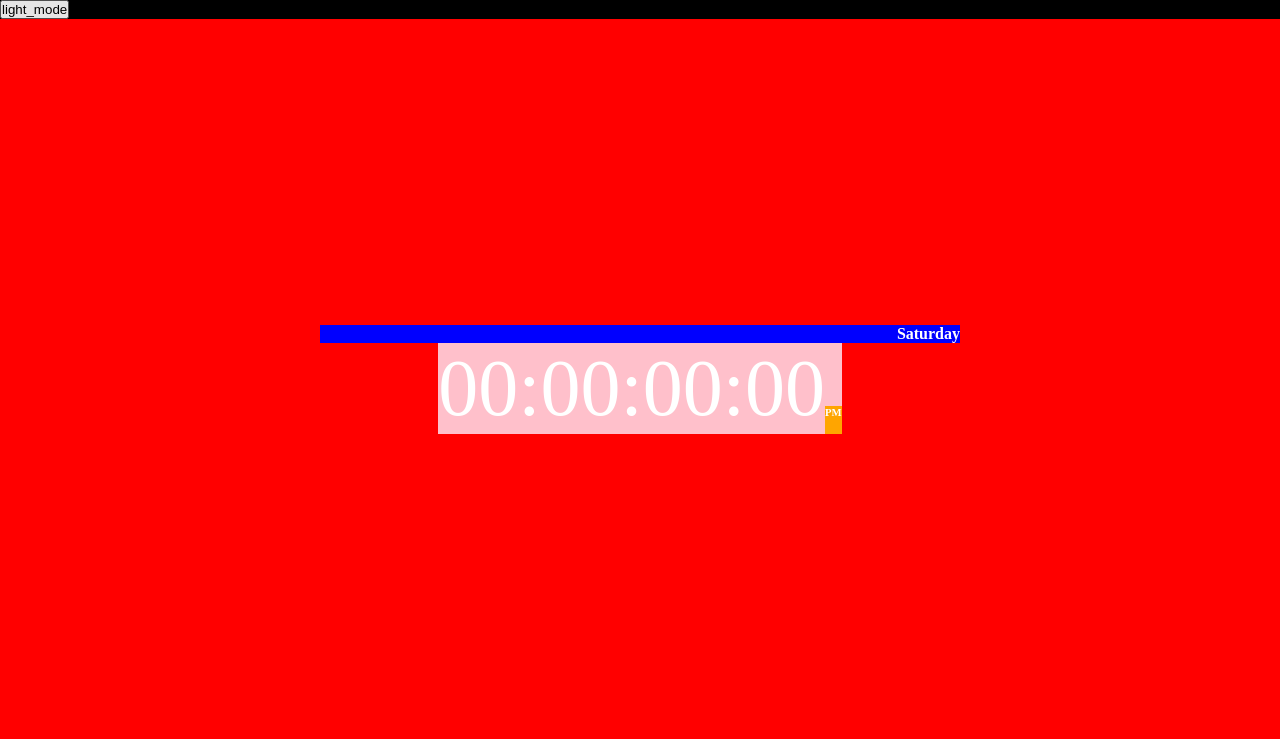
Repository: EguJaredoBoyd/Jared-Digital-Clock
Page: index.html
An editor plug-in stored every save of this project. The page is shown before and after the next save, followed by the edit.
The browser window is 1280 px wide. The pictures show the whole page.

Above is the page before, as saved 2026-01-03 23:28:06.
Not found: fonts.googleapis.com

After the next save:
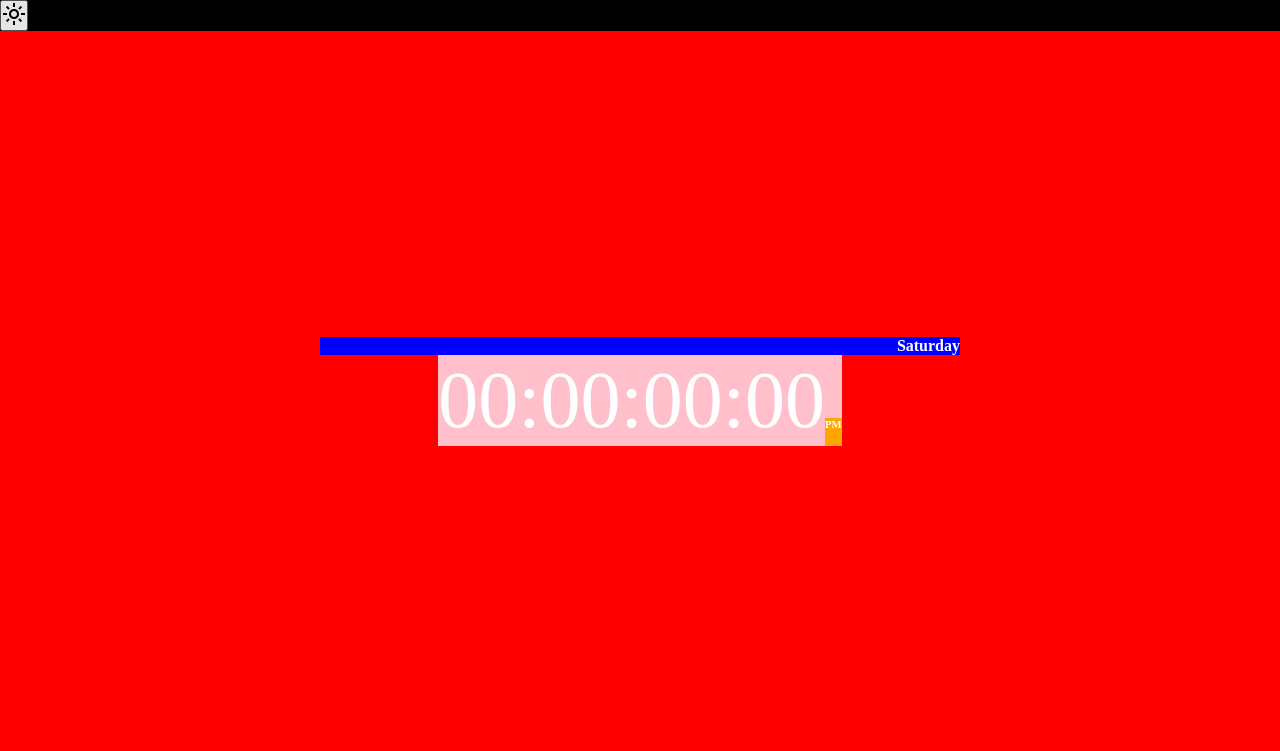
Saved 39 s later.
--- a/index.html
+++ b/index.html
@@ -4,7 +4,10 @@
     <meta charset="UTF-8" />
     <meta name="viewport" content="width=device-width, initial-scale=1.0" />
     <link rel="stylesheet" href="./css/styles.css" />
-    <link rel="stylesheet" href="fonts.googleapis.com" />
+    <link
+      rel="stylesheet"
+      href="https://fonts.googleapis.com/css2?family=Material+Symbols+Outlined:opsz,wght,FILL,GRAD@20..48,100..700,0..1,-50..200&icon_names=light_mode"
+    />
     <title>Document</title>
   </head>
   <body>
